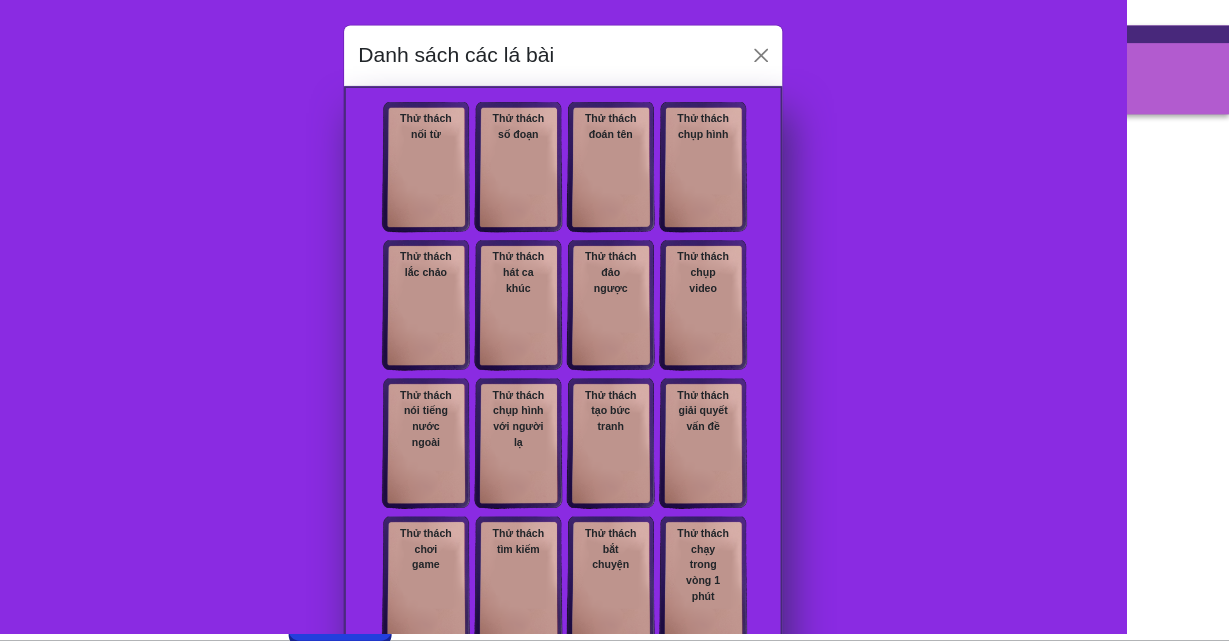
Repository: hivongseth2/drinkGame1
Page: / (app in my-app/), after clicking the first element matching `#buttonBoc`
An editor plug-in stored every save of this project. The page is shown before and after the next save, followed by the edit.
The browser window is 1280 px wide. The page is 1397 px wide, so the pictures cover 1397 px, including what lies to the right of the window. The pictures show the whole page, at 88% of full size.
An inner scrolling area shows only its first screen. The project was rebuilt for these pictures with package versions that can differ from the ones it lists, and the page was loaded fresh each time.

Above is the page before, as saved 2023-01-19 14:58:04.

After the next save:
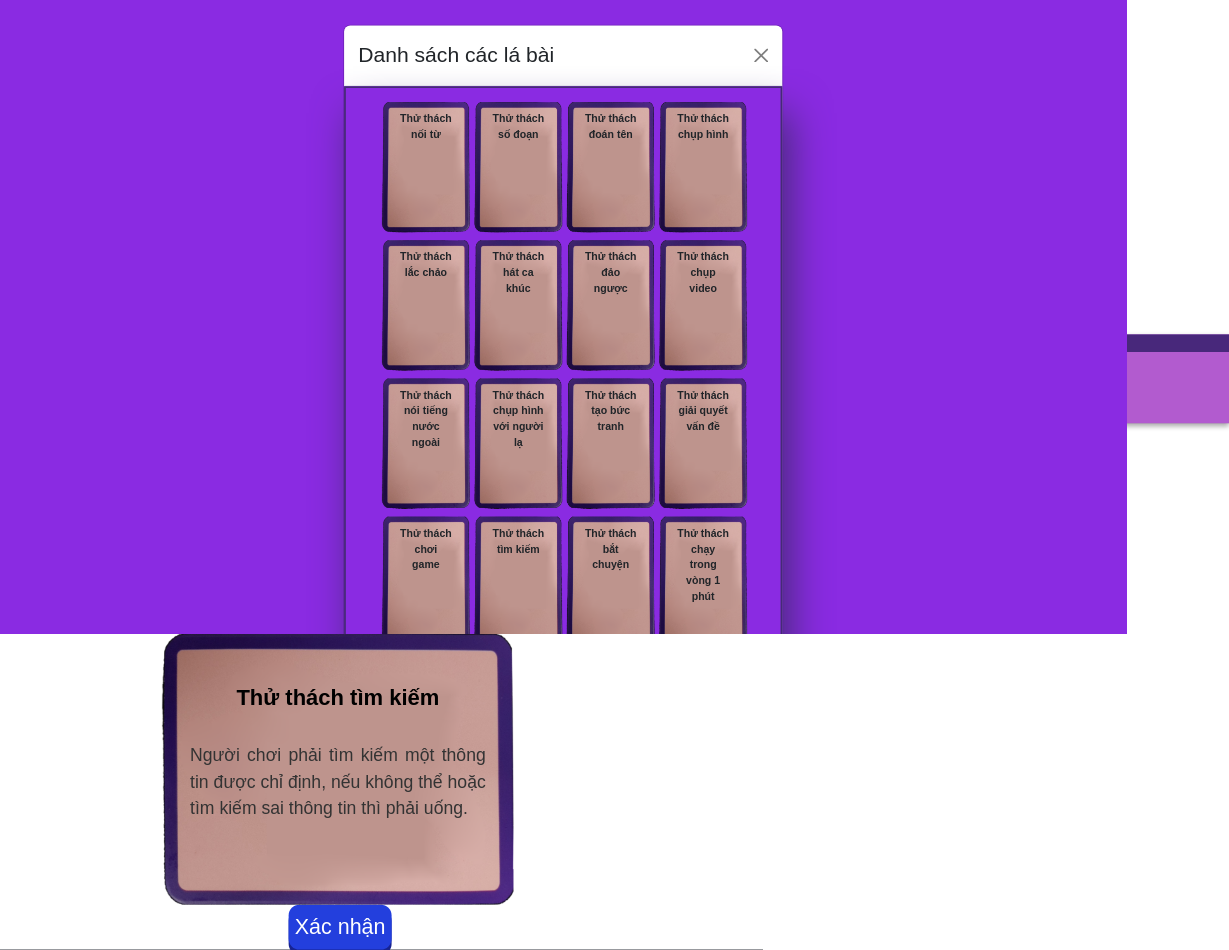
Saved 35 s later.
--- a/my-app/src/views/BocBai.js
+++ b/my-app/src/views/BocBai.js
@@ -77,7 +77,7 @@ class BocBai extends React.Component {
           </>
         ) : (
           <>
-          {/* <div className="BocBai__Container">
+          <div className="BocBai__Container">
             <img className="imgLaBai" src={logo}></img>
             <div className="content">
               <div className="name">{name}</div>
@@ -87,7 +87,7 @@ class BocBai extends React.Component {
             <button className="btnOK" onClick={() => this.btnXacNhan()}>
               Xác nhận
             </button>
-          </div> */}
+          </div>
           <div className="BocBai__Container">
             <div className="BocBai__Content" style={{ backgroundImage: `url(${logo})` }}>
               <div className="name">{name}</div>
